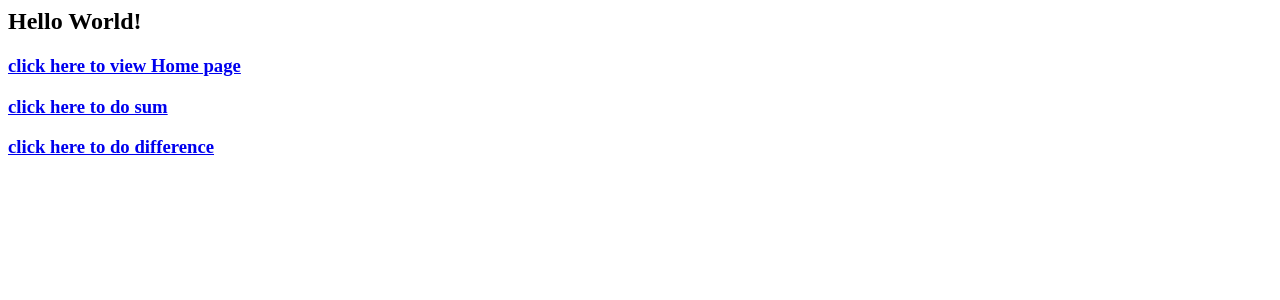
Repository: BharathiGongati/SEHE5Hibernate
Page: http://localhost/MVCProject/
An editor plug-in stored every save of this project. The page is shown before and after the next save, followed by the edit.
The browser window is 1280 px wide. The pictures show the whole page.
The page is served by Tomcat 9.

Above is the page before, as saved 2023-07-13 08:07:55.

After the next save:
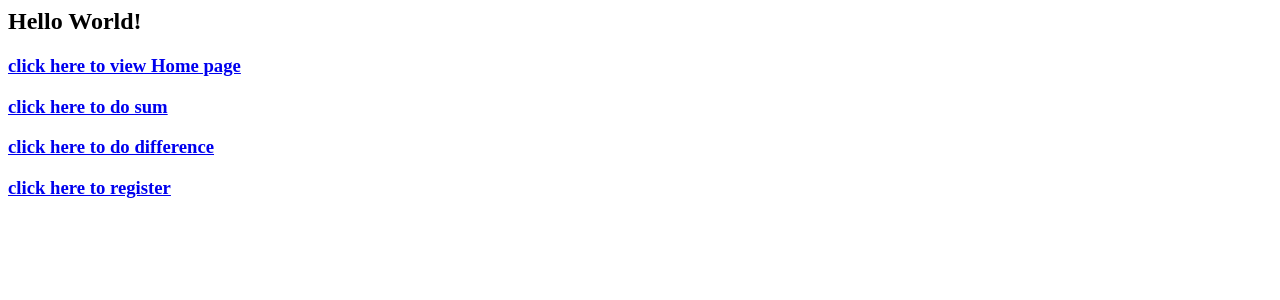
Saved 75 s later.
--- a/SEHE7/MVCProject/src/main/webapp/index.jsp
+++ b/SEHE7/MVCProject/src/main/webapp/index.jsp
@@ -4,5 +4,6 @@
 <h3><a href="open-home">click here to view Home page</a></h3>
 <h3> <a href="sum.jsp"> click here to do sum</a></h3>
 <h3> <a href="diff.jsp"> click here to do difference</a></h3>
+<h3><a href="register.jsp"> click here to register</a></h3>
 </body>
 </html>
